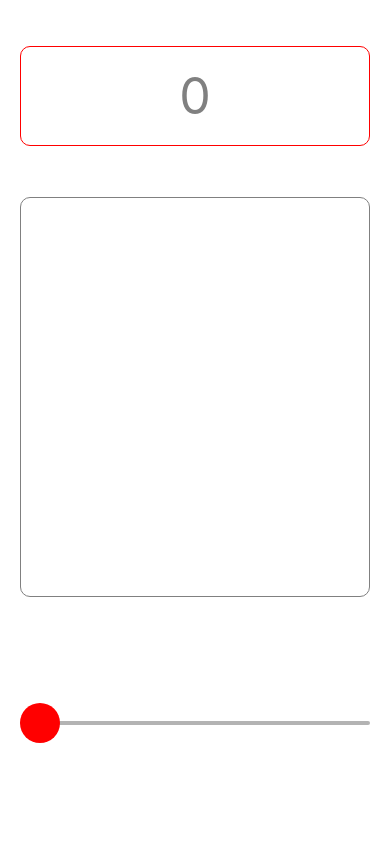
Repository: sonnke/imageResizer
Screen: /
These files come from the project's save history. The screen is drawn as it stood at one moment and after the next save; the edit follows.
Pictures or frames that could not be fetched are drawn as grey boxes. The app was drawn by React Native's web renderer in a window 390 px wide. The project was rebuilt for these pictures with package versions that can differ from the ones it lists, and the page was loaded fresh each time.

Above is the screen before, as saved 2020-02-02 19:37:31.

### App.tsx
import React, { useState } from 'react';
import { Image, StyleSheet, Text, View } from 'react-native';
import { Slider } from 'react-native-elements';
import styled from 'styled-components/native';

import imageSource from './images.jpeg';

const MainContainer = styled.View`
  flex: 1;
  flex-direction: column;
  align-items: center;
  justify-content: space-around;
  padding: 20px;
`;

const StopWatch = styled.View`
  width: 100%;
  height: 100px;
  border-width: 1px;
  border-color: red;
  border-radius: 10px;
  justify-content: center;
  align-items: center;
`;

const ImageContainer = styled.View`
  width: 100%;
  height: 400px;
  border-width: 1px;
  border-color: grey;
  border-radius: 10px;
  justify-content: center;
  align-items: center;
`;

const SliderContainer = styled.View`
  width: 100%;
  height: 150px;
  border-color: red;
  border-radius: 10px;
  justify-content: center;
  align-items: center;
`;

const Graphic = styled.Image`
  height: ${({ imgSize }) => imgSize}px;
`;

const StopWatchText = styled.Text`
  font-size: 50px;
  color: grey;
`;

export default function App() {
  const [sliderNum, setSliderNum] = useState<number>(0);
  const [imageSize, setImageSize] = useState<number>(150);

  //set Slider value
  const setSliderValue = (value: number) => {
    const decimalPoint = parseFloat(value.toFixed(2));
    const totalImgSize = decimalPoint + 150;
    setSliderNum(decimalPoint);
    setImageSize(totalImgSize);
  };

  return (
    <MainContainer>
      <StopWatch>
        <StopWatchText>{sliderNum}</StopWatchText>
      </StopWatch>
      <ImageContainer>
        <Graphic
          imgSize={imageSize}
          resizeMode={"contain"}
          source={imageSource}
        />
      </ImageContainer>
      <SliderContainer>
        <Slider
          value={sliderNum}
          onValueChange={setSliderValue}
          maximumValue={100}
          minimumValue={0}
          animateTransitions={true}
          minimumTrackTintColor={"#808080"}
          trackStyle={{
            // backgroundColor: "#808080",
            width: 350
          }}
        />
      </SliderContainer>
    </MainContainer>
  );
}

After the next save:
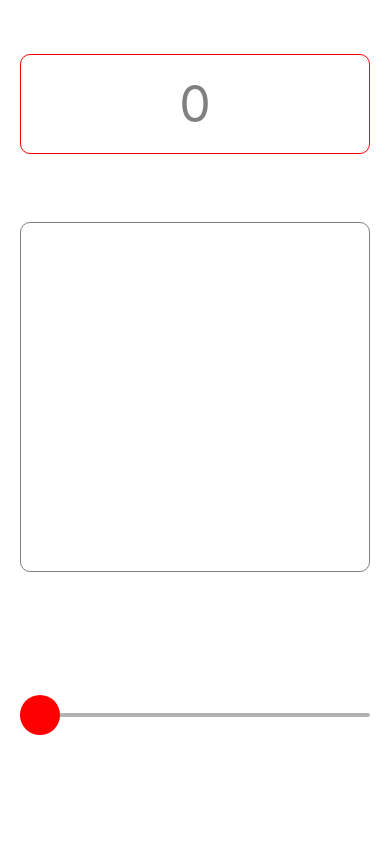
Saved 7 s later.
--- a/App.tsx
+++ b/App.tsx
@@ -25,7 +25,7 @@ const StopWatch = styled.View`
 
 const ImageContainer = styled.View`
   width: 100%;
-  height: 400px;
+  height: 350px;
   border-width: 1px;
   border-color: grey;
   border-radius: 10px;
